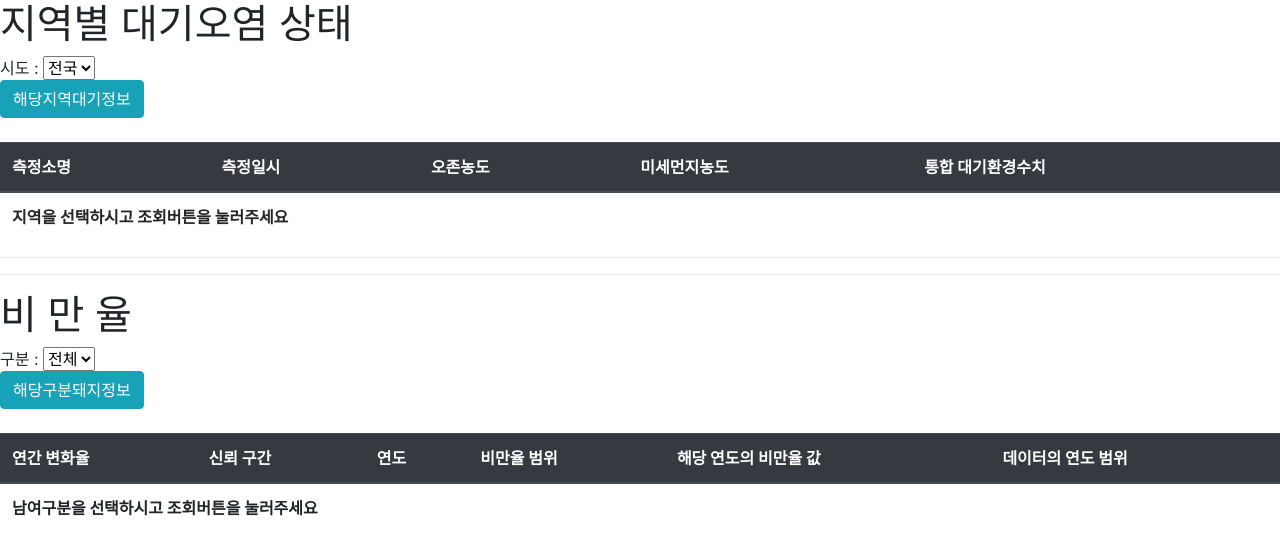
Repository: LeeSeongWook1/semi_Spring
Page: http://localhost/apiProject/
These files come from the project's save history. The page is drawn as it stood at one moment and after the next save; the edit follows.
The browser window is 1280 px wide. The pictures show the whole page.
The page is served by Tomcat 9.

Above is the page before, as saved 2024-04-25 08:09:26.
Console error: SyntaxError: Unexpected token ')'

After the next save:
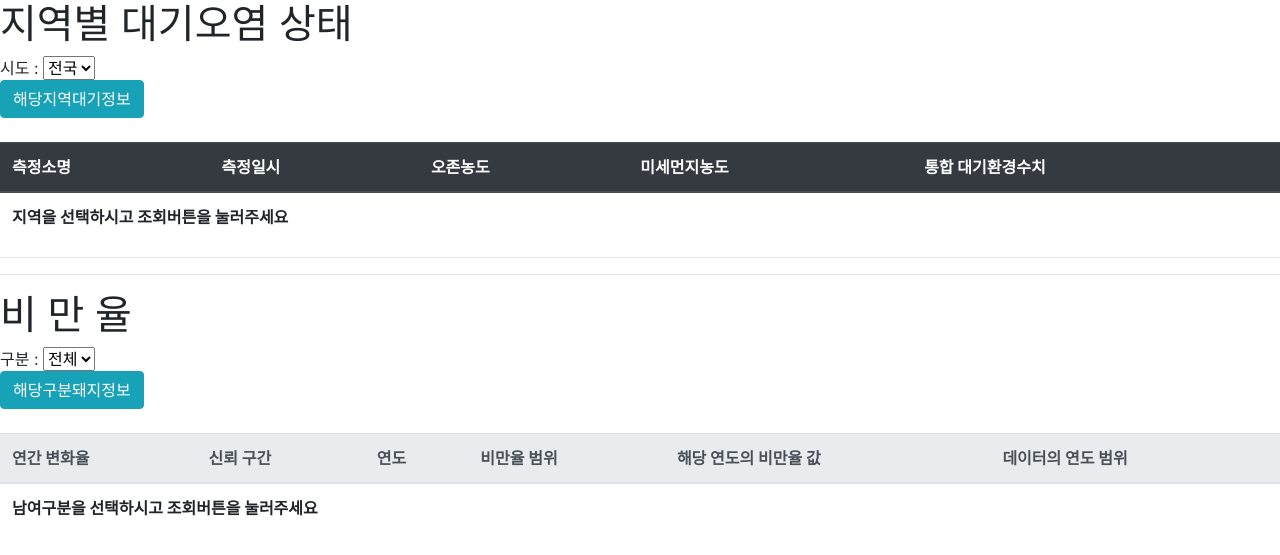
Saved 5 s later.
--- a/apiProject/src/main/webapp/index.jsp
+++ b/apiProject/src/main/webapp/index.jsp
@@ -170,7 +170,7 @@
 
 
 	<table class="table table-hover">
-		<thead class="thead-dark">
+		<thead class="thead-light">
 			<tr>
 				<th>연간 변화율</th>
 				<th>신뢰 구간</th>
